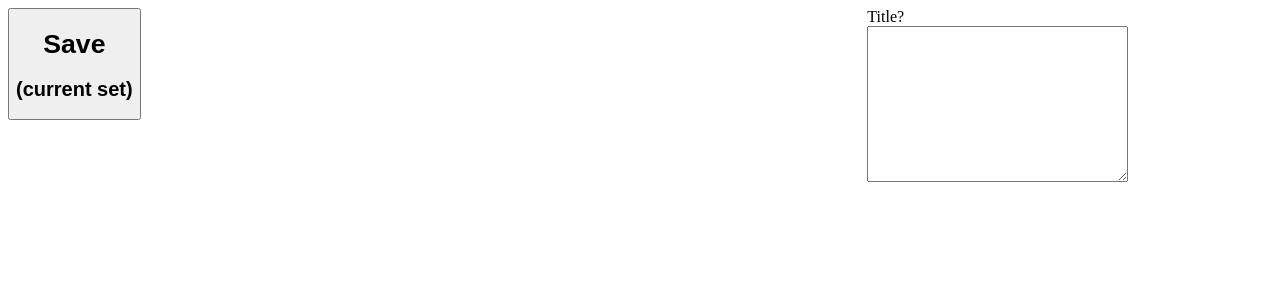
Repository: pixman92/GitTab
Page: popup.html
The author's editor kept a copy of each file at every save. The page is drawn from the files as they stood at one save, then again after a run of saves.
The browser window is 1280 px wide. The pictures show the whole page.

Above is the page before, as saved 2020-01-24 13:38:10.

### popup.html
<!-- this file, is the 'instructions' of the extension
showing the different commands -->

<!DOCTYPE html>
<html>
<head>
    <meta charset="utf-8" />
    <meta http-equiv="X-UA-Compatible" content="IE=edge">
    <title>GitTab - Help</title>
    <meta name="viewport" content="width=device-width, initial-scale=1">
    <!-- <link rel="stylesheet" type="text/css" media="screen" href="main.css" /> -->
    <!-- <script src="main.js"></script> -->
    <script src="takeMeToBackground.js"></script>
    <style>
        .grid1{
            display: grid;
            grid-template-columns: 2fr 1fr;
            grid-gap: 50px;
        }
        .grid2{
            display: grid;
            grid-template-rows: 1fr 1fr;
        }
    </style>
</head>
<body>
        <div class="grid1">
            <div>
                <button id="back"><span>
                    <h1>Save</h1><h2>(current set)</h2>
                </span></button>
            </div>
            <div class="">
                <div>

                    Title?
                </div>
                <div>
                    <textarea name="" id="title" cols="30" rows="10"></textarea>
                </div>
            </div>
        </div>

</body>
</html>

### takeMeToBackground.js
window.onload = ()=>{
    document.getElementById('back').addEventListener('click', ()=>{
        pullCurrentWindow();
    })
}

//========================================
//functions for pulling Tab data

// var tabGlobal;
function pullCurrentWindow(){
    //DIFICULT Function!!
    // works on getting current tabs
    // saving them to 'chrome' storage
    // and reproducing them in background.html
    var tabGlobal;
    chrome.tabs.query({currentWindow: true}, (tab)=>{
        console.log('tab', tab);
        tabGlobal = tab;
        chrome.storage.sync.set({'tabSet': tabGlobal});
    });
    console.log('tabGlobal1', tabGlobal);


    showBackground();

}


function showBackground(){
    chrome.tabs.create({url: chrome.extension.getURL('background.html')});
}


//========================================

function wait(timout){
    return new Promise(resolve=>setTimeout(resolve, timout));
}

After the next 2 saves:
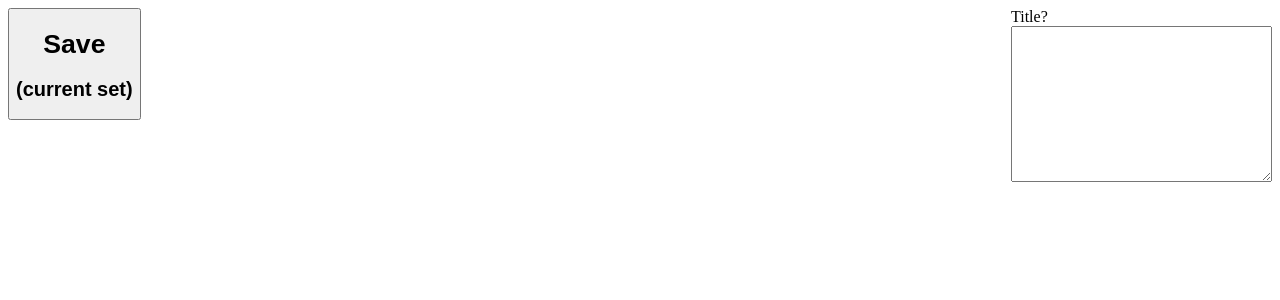
The 2 saves are shown as one change because they came seconds apart.
The last was saved 14 s later.
--- a/popup.html
+++ b/popup.html
@@ -14,7 +14,7 @@ showing the different commands -->
     <style>
         .grid1{
             display: grid;
-            grid-template-columns: 2fr 1fr;
+            grid-template-columns: 8fr 1fr;
             grid-gap: 50px;
         }
         .grid2{
